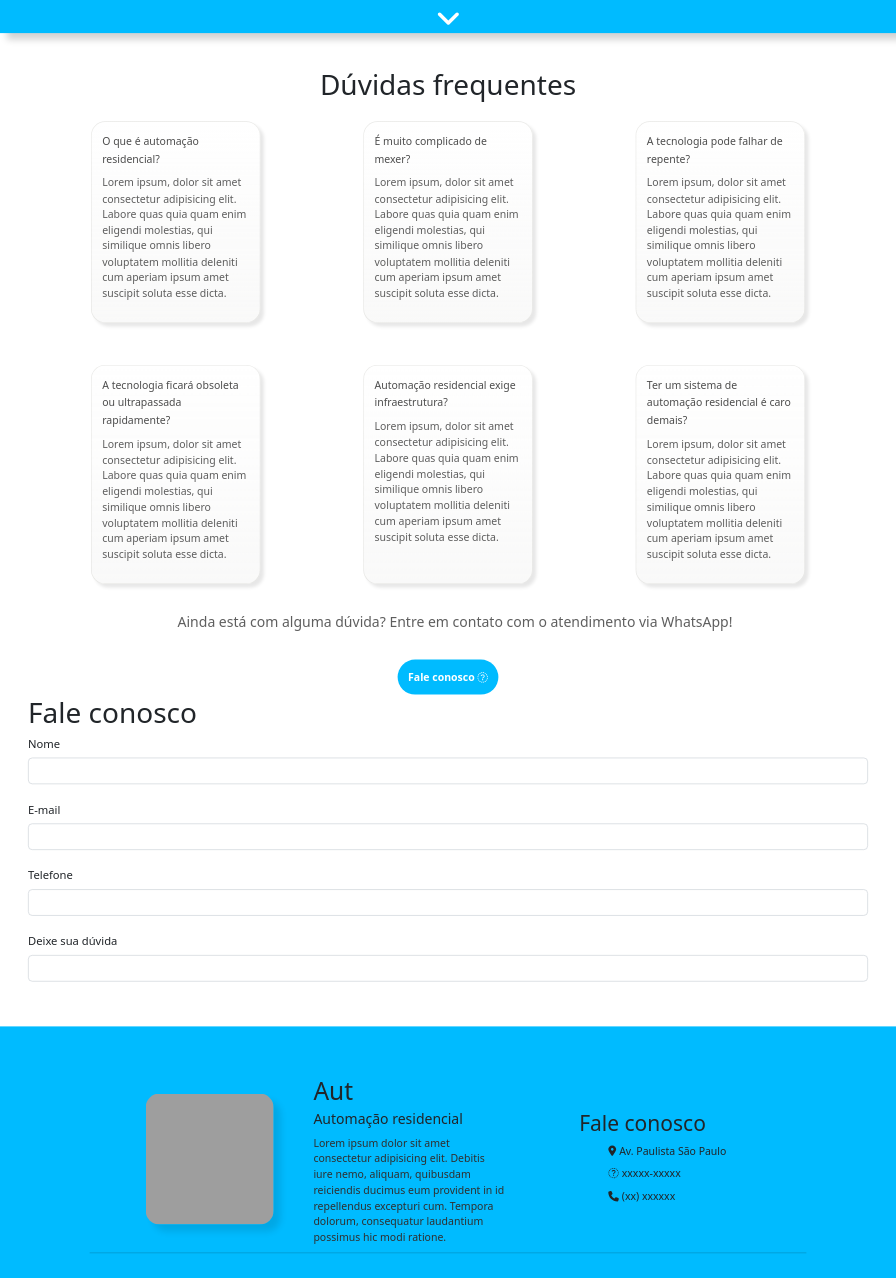
Repository: BulleST/SouHi_Institucional
Page: home.html
These files come from the project's save history. The page is drawn as it stood at one moment and after the next save; the edit follows.
The browser window is 1280 px wide. The pictures show the part of the page from y = 1636 to 3556 px (the page is 3462 px tall before and 3556 px after), at 70% of full size.
Pictures or frames that could not be fetched are drawn as grey boxes.

Above is the page before, as saved 2022-10-27 16:48:20.

After the next save:
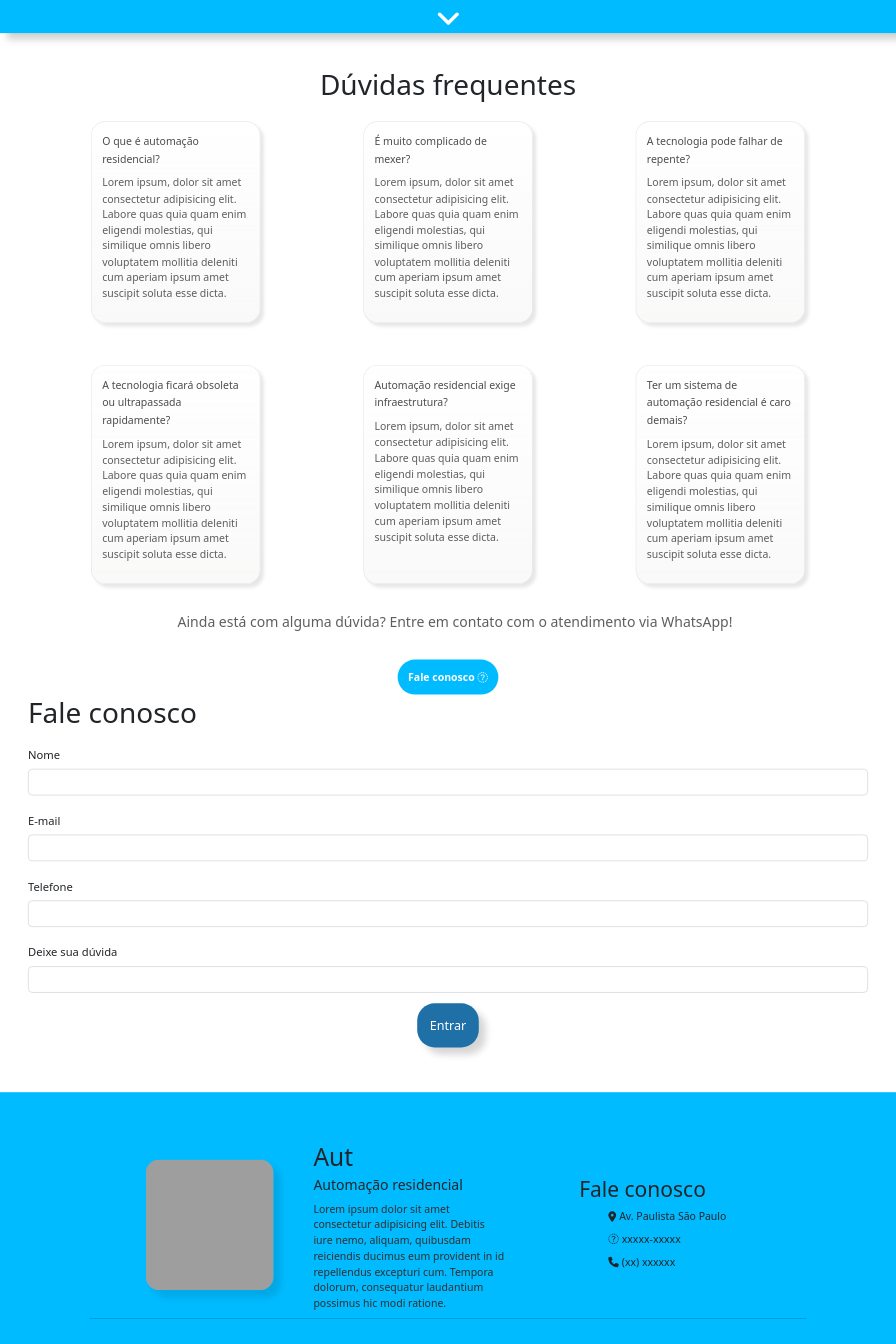
Saved 6 min 49 s later.
--- a/home.html
+++ b/home.html
@@ -326,22 +326,27 @@
     <div class="fale-conosco">
       <h1>Fale conosco</h1>
       <form action="">
-        <form action="" class="form-group mt-4">
+        <div action="" class="form-group mt-4">
           <label for="" class="form-label">Nome</label>
           <input type="text" class="form-control" required>
-        </form>
-        <form action="" class="form-group mt-4">
+        </div>
+        <div action="" class="form-group mt-4">
           <label for="" class="form-label">E-mail</label>
           <input type="text" class="form-control" required>
-        </form>
-        <form action="" class="form-group mt-4">
+        </div>
+        <div action="" class="form-group mt-4">
           <label for="" class="form-label">Telefone</label>
           <input type="text" class="form-control">
-        </form>
-        <form action="" class="form-group mt-4">
+        </div>
+        <div action="" class="form-group mt-4">
           <label for="" class="form-label">Deixe sua dúvida</label>
           <input type="textarea" class="form-control">
-        </form>
+        </div>
+        <div class="form-group d-flex justify-content-center">
+          <button type="submit" class="btn botao">Entrar</button>
+        </div>
+
+
 
       </form>
     </div>
